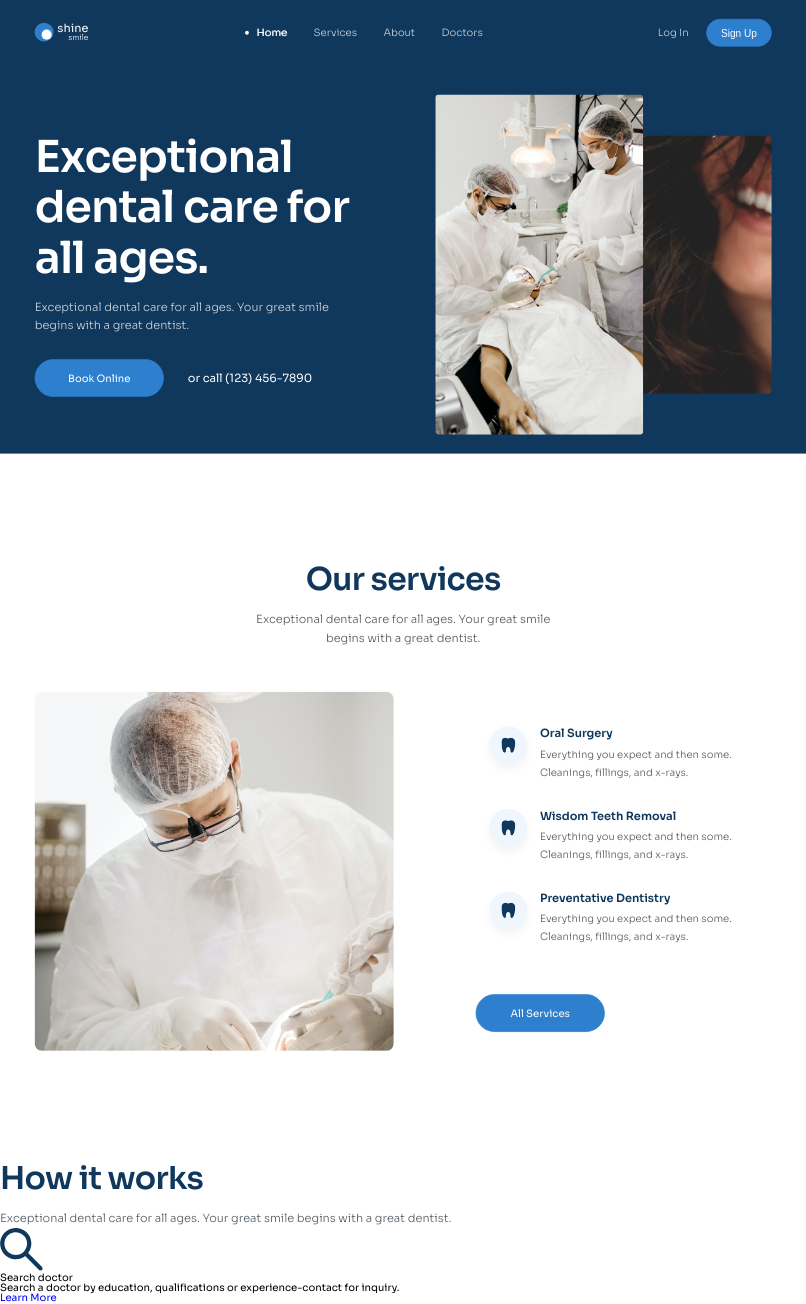
Repository: anhtien111198/f8-htmlcss-03
Page: index.html
These files come from the project's save history. The page is drawn as it stood at one moment and after the next save; the edit follows.
The browser window is 1280 px wide. The pictures show the whole page, at 63% of full size.

Above is the page before, as saved 2023-05-13 14:20:31.

### index.html
<!DOCTYPE html>
<html lang="en">
    <head>
        <meta charset="UTF-8" />
        <meta http-equiv="X-UA-Compatible" content="IE=edge" />
        <meta name="viewport" content="width=device-width, initial-scale=1.0" />
        <title>shine smile</title>
        <!-- favicon -->
        <link
            rel="apple-touch-icon"
            sizes="57x57"
            href="./assets/favicon/apple-icon-57x57.png"
        />
        <link
            rel="apple-touch-icon"
            sizes="60x60"
            href="./assets/favicon/apple-icon-60x60.png"
        />
        <link
            rel="apple-touch-icon"
            sizes="72x72"
            href="./assets/favicon/apple-icon-72x72.png"
        />
        <link
            rel="apple-touch-icon"
            sizes="76x76"
            href="./assets/favicon/apple-icon-76x76.png"
        />
        <link
            rel="apple-touch-icon"
            sizes="114x114"
            href="./assets/favicon/apple-icon-114x114.png"
        />
        <link
            rel="apple-touch-icon"
            sizes="120x120"
            href="./assets/favicon/apple-icon-120x120.png"
        />
        <link
            rel="apple-touch-icon"
            sizes="144x144"
            href="./assets/favicon/apple-icon-144x144.png"
        />
        <link
            rel="apple-touch-icon"
            sizes="152x152"
            href="./assets/favicon/apple-icon-152x152.png"
        />
        <link
            rel="apple-touch-icon"
            sizes="180x180"
            href="./assets/favicon/apple-icon-180x180.png"
        />
        <link
            rel="icon"
            type="image/png"
            sizes="192x192"
            href="./assets/favicon/android-icon-192x192.png"
        />
        <link
            rel="icon"
            type="image/png"
            sizes="32x32"
            href="./assets/favicon/favicon-32x32.png"
        />
        <link
            rel="icon"
            type="image/png"
            sizes="96x96"
            href="./assets/favicon/favicon-96x96.png"
        />
        <link
            rel="icon"
            type="image/png"
            sizes="16x16"
            href="./assets/favicon/favicon-16x16.png"
        />
        <link rel="manifest" href="./assets/favicon/manifest.json" />
        <meta name="msapplication-TileColor" content="#ffffff" />
        <meta
            name="msapplication-TileImage"
            content="./assets/favicon/ms-icon-144x144.png"
        />
        <meta name="theme-color" content="#ffffff" />
        <!-- font -->
        <link rel="preconnect" href="https://fonts.googleapis.com" />
        <link rel="preconnect" href="https://fonts.gstatic.com" crossorigin />
        <link
            href="https://fonts.googleapis.com/css2?family=Sora:wght@200;300;400;500;600;700;800&display=swap"
            rel="stylesheet"
        />
        <!-- reset css -->
        <link rel="stylesheet" href="./assets/css/reset.css" />
        <!-- style css -->
        <link rel="stylesheet" href="./assets/css/style.css" />
    </head>
    <body>
        <!-- header -->
        <header class="header">
            <div class="container">
                <!-- header top -->
                <div class="header-top">
                    <!-- logo -->
                    <a href="/">
                        <div class="logo">
                            <span class="logo__circle"></span>
                            <span class="logo__text">
                                <span class="logo__brand">shine</span>
                                <span class="logo__brand logo__brand--small">
                                    smile
                                </span>
                            </span>
                        </div>
                    </a>
                    <!-- navbar -->
                    <nav class="navbar">
                        <ul class="navbar__list">
                            <li class="navbar__item">
                                <a
                                    href="#!"
                                    class="navbar__link navbar__link--active"
                                >
                                    Home
                                </a>
                            </li>
                            <li class="navbar__item">
                                <a href="#!" class="navbar__link">Services</a>
                            </li>
                            <li class="navbar__item">
                                <a href="#!" class="navbar__link">About</a>
                            </li>
                            <li class="navbar__item">
                                <a href="#!" class="navbar__link">Doctors</a>
                            </li>
                        </ul>
                    </nav>
                    <!-- action -->
                    <div class="header-action">
                        <a href="#!" class="header-action__login">Log In</a>
                        <button href="#!" class="btn header-action__signup">
                            Sign Up
                        </button>
                    </div>
                </div>
                <!-- Hero -->
                <section class="hero">
                    <!-- hero content -->
                    <section class="hero__content">
                        <h1 class="hero__heading">
                            Exceptional dental care for all ages.
                        </h1>
                        <p class="hero__desc">
                            Exceptional dental care for all ages. Your great
                            smile begins with a great dentist.
                        </p>
                        <div class="hero__row">
                            <a href="" class="btn">Book Online</a>
                            <span class="hero__phone"
                                >or call (123) 456-7890</span
                            >
                        </div>
                    </section>
                    <!-- hero media -->
                    <div class="hero__media">
                        <figure class="hero__images">
                            <img
                                src="./assets/image/hero-01jpg.jpg"
                                alt=""
                                class="hero__img"
                            />
                            <img
                                src="./assets/image/hero-02.jpg"
                                alt=""
                                class="hero__img"
                            />
                        </figure>
                    </div>
                </section>
            </div>
        </header>
        <main style="height: 5000">
            <!-- service -->
            <section class="service">
                <div class="container">
                    <h2 class="service__heading section-heading">
                        Our services
                    </h2>
                    <p class="service__desc section-desc">
                        Exceptional dental care for all ages. Your great smile
                        begins with a great dentist.
                    </p>
                    <div class="service__row">
                        <figure class="service__images">
                            <img
                                src="./assets/image/service-1.jpg"
                                alt=""
                                class="service__img"
                            />
                        </figure>
                        <div>
                            <div class="service__list">
                                <!-- service item 1 -->
                                <section class="service-item">
                                    <div class="service-item__icon">
                                        <svg
                                            width="22"
                                            height="24"
                                            viewBox="0 0 22 24"
                                            fill="none"
                                            xmlns="http://www.w3.org/2000/svg"
                                        >
                                            <path
                                                d="M20.3598 2.63964C17.9506 -0.556131 14.2772 -0.568132 11.2481 1.10682C11.001 1.24657 10.7219 1.31411 10.4406 1.30222C10.1592 1.29033 9.88633 1.19945 9.65105 1.03931C8.49552 0.245717 7.29036 -0.316477 5.13904 0.207462C0.623408 1.3071 0 4.90379 0 8.99816C0.0797353 12.1602 0.500857 15.3032 1.25551 18.3683C2.11836 22.0168 3.90382 24 5.43354 24C6.96326 24 7.00963 22.2204 7.00963 20.8016C7.00963 19.2009 7.39505 14.8009 10.8642 14.8009C13.5317 14.8009 14.3333 18.4013 14.3333 20.8016C14.3329 23.095 15.1722 24 16.6628 24C19.5267 24 20.9796 15.3938 21.3719 13.1237C21.7642 10.8535 22.9882 6.12569 20.3598 2.63964Z"
                                                fill="currentColor"
                                            />
                                        </svg>
                                    </div>
                                    <div class="service-item__body">
                                        <h3 class="service-item__heading">
                                            Oral Surgery
                                        </h3>
                                        <p class="service-item__desc">
                                            Everything you expect and then some.
                                            Cleanings, fillings, and x-rays.
                                        </p>
                                    </div>
                                </section>
                                <!-- service item 2 -->
                                <section class="service-item">
                                    <div class="service-item__icon">
                                        <svg
                                            width="22"
                                            height="24"
                                            viewBox="0 0 22 24"
                                            fill="none"
                                            xmlns="http://www.w3.org/2000/svg"
                                        >
                                            <path
                                                d="M20.3598 2.63964C17.9506 -0.556131 14.2772 -0.568132 11.2481 1.10682C11.001 1.24657 10.7219 1.31411 10.4406 1.30222C10.1592 1.29033 9.88633 1.19945 9.65105 1.03931C8.49552 0.245717 7.29036 -0.316477 5.13904 0.207462C0.623408 1.3071 0 4.90379 0 8.99816C0.0797353 12.1602 0.500857 15.3032 1.25551 18.3683C2.11836 22.0168 3.90382 24 5.43354 24C6.96326 24 7.00963 22.2204 7.00963 20.8016C7.00963 19.2009 7.39505 14.8009 10.8642 14.8009C13.5317 14.8009 14.3333 18.4013 14.3333 20.8016C14.3329 23.095 15.1722 24 16.6628 24C19.5267 24 20.9796 15.3938 21.3719 13.1237C21.7642 10.8535 22.9882 6.12569 20.3598 2.63964Z"
                                                fill="currentColor"
                                            />
                                        </svg>
                                    </div>
                                    <div class="service-item__body">
                                        <h3 class="service-item__heading">
                                            Wisdom Teeth Removal
                                        </h3>
                                        <p class="service-item__desc">
                                            Everything you expect and then some.
                                            Cleanings, fillings, and x-rays.
                                        </p>
                                    </div>
                                </section>
                                <!-- service item 3 -->
                                <section class="service-item">
                                    <div class="service-item__icon">
                                        <svg
                                            width="22"
                                            height="24"
                                            viewBox="0 0 22 24"
                                            fill="none"
                                            xmlns="http://www.w3.org/2000/svg"
                                        >
                                            <path
                                                d="M20.3598 2.63964C17.9506 -0.556131 14.2772 -0.568132 11.2481 1.10682C11.001 1.24657 10.7219 1.31411 10.4406 1.30222C10.1592 1.29033 9.88633 1.19945 9.65105 1.03931C8.49552 0.245717 7.29036 -0.316477 5.13904 0.207462C0.623408 1.3071 0 4.90379 0 8.99816C0.0797353 12.1602 0.500857 15.3032 1.25551 18.3683C2.11836 22.0168 3.90382 24 5.43354 24C6.96326 24 7.00963 22.2204 7.00963 20.8016C7.00963 19.2009 7.39505 14.8009 10.8642 14.8009C13.5317 14.8009 14.3333 18.4013 14.3333 20.8016C14.3329 23.095 15.1722 24 16.6628 24C19.5267 24 20.9796 15.3938 21.3719 13.1237C21.7642 10.8535 22.9882 6.12569 20.3598 2.63964Z"
                                                fill="currentColor"
                                            />
                                        </svg>
                                    </div>
                                    <div class="service-item__body">
                                        <h3 class="service-item__heading">
                                            Preventative Dentistry
                                        </h3>
                                        <p class="service-item__desc">
                                            Everything you expect and then some.
                                            Cleanings, fillings, and x-rays.
                                        </p>
                                    </div>
                                </section>
                            </div>
                            <a href="#!" class="btn">All Services</a>
                        </div>
                    </div>
                </div>
            </section>
            <!-- how its works -->
            <section class="work">
                <h2 class="section-heading">How it works</h2>
                <p class="section-desc">
                    Exceptional dental care for all ages. Your great smile
                    begins with a great dentist.
                </p>
                <div class="work__list">
                    <div class="work-item">
                        <img
                            src="./assets/icons/search.svg"
                            alt=""
                            class="work-item__icon"
                        />
                        <h3 class="work-item__heading">Search doctor</h3>
                        <p class="work-item__desc">
                            Search a doctor by education, qualifications or
                            experience-contact for inquiry.
                        </p>
                        <a href="#!" class="work__more">Learn More</a>
                    </div>
                </div>
            </section>
        </main>
    </body>
</html>

### assets/css/style.css
* {
    box-sizing: border-box;
}
:root {
    --header-bg: #10375c;
}
html {
    font-size: 62.5%;
}
body {
    font-size: 1.6rem;
    font-family: "Sora", sans-serif;
}
/* ======Common========= */
a {
    text-decoration: none;
}
.container {
    width: 1170px;
    max-width: calc(100% - 48px);
    margin: 0 auto;
}
.btn {
    --height: 60px;
    display: inline-block;
    min-width: 205px;
    height: var(--height);
    padding: 0 20px;
    border-radius: 99px;
    border: 1px solid #2e80ce;
    font-size: 1.6rem;
    font-weight: 400;
    line-height: var(--height);
    color: #fff;
    text-align: center;
    background: #2e80ce;
}
.btn:hover {
    opacity: 0.9;
    cursor: pointer;
}
.section-heading {
    font-weight: 600;
    font-size: 5rem;
    line-height: 1.2;
    letter-spacing: -0.02em;
    color: #10375c;
}
.section-desc {
    margin-top: 18px;
    font-weight: 300;
    font-size: 1.8rem;
    line-height: 1.67;
    color: #575f66;
}
/* ========header============= */
.header {
    min-height: 100vh;
    padding-top: 30px;
    background: var(--header-bg);
}
.logo {
    position: relative;
    display: inline-flex;
    font-size: 1rem;
}
.logo__circle::after,
.logo__circle::before {
    content: "";
    display: inline-block;
    border-radius: 50%;
}
.logo__circle::before {
    width: 3em;
    height: 3em;
    background: #2e80ce;
}
.logo__circle::after {
    position: absolute;
    top: 1.1em;
    left: 1.1em;
    width: 1.6em;
    height: 1.6em;
    background: #ffffff;
}
.logo__text {
    margin-left: 0.6em;
    text-align: right;
    line-height: 1.6em;
}
.logo__brand {
    display: block;
    font-size: 1.8em;
    font-weight: 400;
    color: #ffffff;
}
.logo__brand--small {
    font-size: 1.2em;
    font-weight: 300;
}
/* ========Header top========== */
.header-top {
    display: flex;
    align-items: center;
    justify-content: space-between;
}
.navbar__list {
    display: flex;
}
.header-action__login,
.navbar__link {
    padding: 4px 21px;
    font-weight: 300;
    font-size: 1.6rem;
    color: #c9d2da;
}
.navbar__link:hover,
.navbar__link--active {
    color: #fff;
    text-shadow: 1px 0 0 currentColor;
}
.navbar__link--active::before {
    position: relative;
    top: -2px;
    left: -8px;
    content: "";
    display: inline-block;
    width: 6px;
    height: 6px;
    border-radius: 50%;
    background: #fff;
}
.header-action {
    display: flex;
    align-items: center;
}
.header-action__login {
    margin-right: 7px;
}
.header-action__signup {
    --height: 44px;
    min-width: 104px;
}
/* ========hero=========== */
.hero {
    display: flex;
    align-items: center;
    margin-top: 76px;
}
.hero__content {
    flex-shrink: 0;
    width: 44%;
}
.hero__media {
    flex-grow: 1;
}
.hero__heading {
    font-weight: 600;
    font-size: 7rem;
    line-height: 1.14;
    letter-spacing: -0.02em;
    color: #ffffff;
}
.hero__desc {
    margin-top: 22px;
    font-weight: 300;
    font-size: 1.8rem;
    line-height: 1.67;
    color: #c9d2da;
}
.hero__row {
    display: flex;
    align-items: center;
    margin-top: 38px;
}
.hero__phone {
    margin-left: 38px;
    font-weight: 400;
    font-size: 1.8rem;
    line-height: 1.67;
    color: #ffffff;
}
.hero__images {
    display: flex;
    align-items: center;
    justify-content: flex-end;
}
.hero__img {
    width: 330px;
    height: 540px;
    border-radius: 6px;
    object-fit: cover;
}
.hero__img:first-child {
    position: relative;
    margin-right: -6px;
}
.hero__img:last-child {
    width: 210px;
    height: 410px;
}
/* ========service=========== */
.service {
    padding: 170px 0;
}
.service__heading,
.service__desc {
    text-align: center;
}
.service__desc {
    width: 468px;
    margin-left: auto;
    margin-right: auto;
}
.service__row {
    display: flex;
    align-items: center;
    justify-content: space-between;
    margin-top: 70px;
}
.service__img {
    width: 570px;
    height: 570px;
    border-radius: 12px;
    object-fit: cover;
}
.service__list {
    margin-bottom: 55px;
}
/* =====service item========= */
.service-item {
    display: flex;
    width: 470px;
    padding: 22px;
    background: #ffffff;
    border-radius: 10px;
    transition: 0.25s;
}
.service-item:hover {
    position: relative;
    box-shadow: 0px 14px 28px rgba(0, 0, 0, 0.05);
}
.service-item:hover .service-item__icon {
    background: #2e80ce;
    color: #fff;
}
.service-item__icon {
    display: flex;
    align-items: center;
    justify-content: center;
    flex-shrink: 0;
    width: 60px;
    height: 60px;
    border-radius: 50%;
    color: #10375c;
    background: #eff6fd;
    box-shadow: 0px 8px 16px rgba(0, 0, 0, 0.05);
    transition: 0.25s;
}
.service-item__body {
    margin-left: 20px;
}
.service-item__heading {
    font-weight: 600;
    font-size: 1.8rem;
    line-height: 1.27;
    color: #10375c;
}
.service-item__desc {
    margin-top: 8px;
    font-weight: 300;
    font-size: 1.6rem;
    line-height: 1.75;
    color: #575f66;
}

Loaded but not shown: assets/css/reset.css (common file)

After the next save:
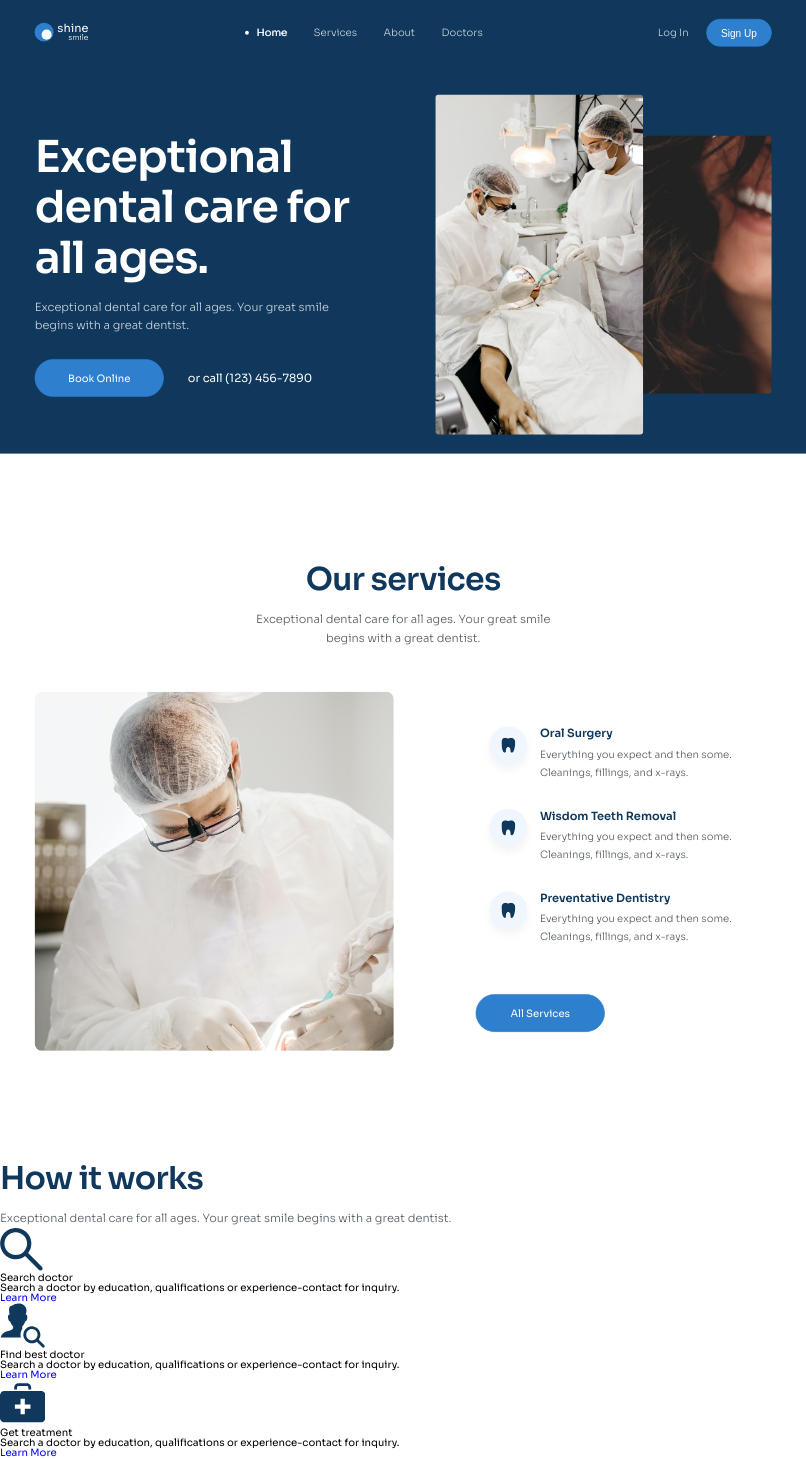
Saved 100 s later.
--- a/index.html
+++ b/index.html
@@ -291,6 +291,7 @@
                     begins with a great dentist.
                 </p>
                 <div class="work__list">
+                    <!-- work item 1 -->
                     <div class="work-item">
                         <img
                             src="./assets/icons/search.svg"
@@ -304,6 +305,34 @@
                         </p>
                         <a href="#!" class="work__more">Learn More</a>
                     </div>
+                    <!-- work item 2 -->
+                    <div class="work-item">
+                        <img
+                            src="./assets/icons/search-user.svg"
+                            alt=""
+                            class="work-item__icon"
+                        />
+                        <h3 class="work-item__heading">Find best doctor</h3>
+                        <p class="work-item__desc">
+                            Search a doctor by education, qualifications or
+                            experience-contact for inquiry.
+                        </p>
+                        <a href="#!" class="work__more">Learn More</a>
+                    </div>
+                    <!-- work item 3 -->
+                    <div class="work-item">
+                        <img
+                            src="./assets/icons/bag.svg"
+                            alt=""
+                            class="work-item__icon"
+                        />
+                        <h3 class="work-item__heading">Get treatment</h3>
+                        <p class="work-item__desc">
+                            Search a doctor by education, qualifications or
+                            experience-contact for inquiry.
+                        </p>
+                        <a href="#!" class="work__more">Learn More</a>
+                    </div>
                 </div>
             </section>
         </main>
